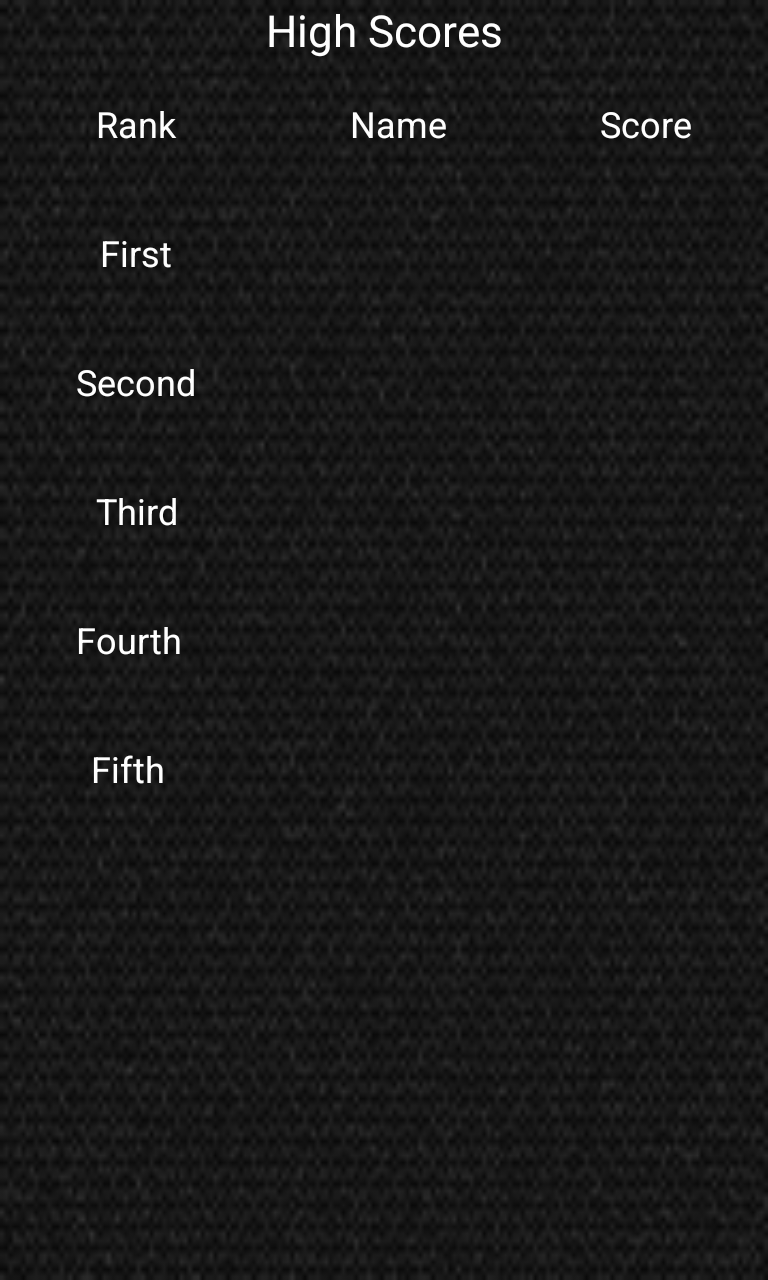
Repository: Tacohen/Killbots
Layout: Killbots/res/layout/high_scores.xml
These files come from the project's save history. The layout is drawn as it stood at one moment and after the next save; the edit follows.
It is drawn on a 768 x 1280 px phone screen (xhdpi) without system bars, with theme AppTheme; the app's code is not run.

Above is the layout before, as saved 2013-12-08 01:52:42.

### Killbots/res/layout/high_scores.xml
<?xml version="1.0" encoding="utf-8"?>
<LinearLayout xmlns:android="http://schemas.android.com/apk/res/android"
    android:layout_width="match_parent"
    android:layout_height="match_parent"
    android:orientation="vertical"
    android:background="@drawable/binding_dark">

    <TextView
        android:id="@+id/intoText"
        android:layout_width="match_parent"
        android:layout_height="wrap_content"
        android:gravity="center"
        android:text="High Scores"
        android:textAppearance="?android:attr/textAppearanceLarge"
        android:textColor="#FFFFFF" />

    <TableLayout
        android:layout_width="match_parent"
        android:layout_height="wrap_content" >

        <TableRow
            android:id="@+id/tableRow1"
            android:layout_width="wrap_content"
            android:gravity="center_horizontal"
            android:layout_height="wrap_content" >

        <TextView
            android:id="@+id/rankText"
            android:text="Rank"
            android:layout_weight="1"
            android:textAppearance="?android:attr/textAppearanceMedium"
            android:textColor="#FFFFFF"
            android:padding="20dip" android:gravity="center"/>

        <TextView
            android:id="@+id/nameText"
            android:text="Name"
            android:layout_weight="1"
            android:textAppearance="?android:attr/textAppearanceMedium"
            android:textColor="#FFFFFF"
            android:padding="20dip" android:gravity="center"/>


        <TextView
            android:id="@+id/scoreText"
            android:text="Score"
            android:layout_weight="1"
            android:textAppearance="?android:attr/textAppearanceMedium"
            android:textColor="#FFFFFF"
            android:padding="20dip" android:gravity="center"/>
        </TableRow>

        <TableRow
            android:id="@+id/tableRow2"
            android:layout_width="wrap_content"
            android:layout_height="wrap_content" >

            <TextView
            android:id="@+id/rankText1"
            android:text="First"
            android:layout_weight="1"
            android:textAppearance="?android:attr/textAppearanceMedium"
            android:textColor="#FFFFFF"
            android:padding="20dip" android:gravity="center"/>

        <TextView
            android:id="@+id/nameText1"
            android:text=""
            android:layout_weight="1"
            android:textAppearance="?android:attr/textAppearanceMedium"
            android:textColor="#FFFFFF"
            android:padding="20dip" android:gravity="center"/>


        <TextView
            android:id="@+id/scoreText1"
            android:text=""
            android:layout_weight="1"
            android:textAppearance="?android:attr/textAppearanceMedium"
            android:textColor="#FFFFFF"
            android:padding="20dip" android:gravity="center"/>

        </TableRow>

        <TableRow
            android:id="@+id/tableRow3"
            android:layout_width="wrap_content"
            android:layout_height="wrap_content" >

            <TextView
            android:id="@+id/rankText2"
            android:text="Second"
            android:layout_weight="1"
            android:textAppearance="?android:attr/textAppearanceMedium"
            android:textColor="#FFFFFF"
            android:padding="20dip" android:gravity="center"/>

        <TextView
            android:id="@+id/nameText2"
            android:text=""
            android:layout_weight="1"
            android:textAppearance="?android:attr/textAppearanceMedium"
            android:textColor="#FFFFFF"
            android:padding="20dip" android:gravity="center"/>


        <TextView
            android:id="@+id/scoreText2"
            android:text=""
            android:layout_weight="1"
            android:textAppearance="?android:attr/textAppearanceMedium"
            android:textColor="#FFFFFF"
            android:padding="20dip" android:gravity="center"/>
        </TableRow>

        <TableRow
            android:id="@+id/tableRow4"
            android:layout_width="wrap_content"
            android:layout_height="wrap_content" >
        <TextView
            android:id="@+id/rankText3"
            android:text="Third"
            android:layout_weight="1"
            android:textAppearance="?android:attr/textAppearanceMedium"
            android:textColor="#FFFFFF"
            android:padding="20dip" android:gravity="center"/>

        <TextView
            android:id="@+id/nameText3"
            android:text=""
            android:layout_weight="1"
            android:textAppearance="?android:attr/textAppearanceMedium"
            android:textColor="#FFFFFF"
            android:padding="20dip" android:gravity="center"/>


        <TextView
            android:id="@+id/scoreText3"
            android:text=""
            android:layout_weight="1"
            android:textAppearance="?android:attr/textAppearanceMedium"
            android:textColor="#FFFFFF"
            android:padding="20dip" android:gravity="center"/>
        </TableRow>
    </TableLayout>

    <TableRow
        android:id="@+id/tableRow5"
        android:layout_width="match_parent"
        android:layout_height="wrap_content" >

        <TextView
            android:id="@+id/rankText4"
            android:text="Fourth"
            android:layout_weight="1"
            android:textAppearance="?android:attr/textAppearanceMedium"
            android:textColor="#FFFFFF"
            android:padding="20dip" android:gravity="center"/>

        <TextView
            android:id="@+id/nameText4"
            android:text=""
            android:layout_weight="1"
            android:textAppearance="?android:attr/textAppearanceMedium"
            android:textColor="#FFFFFF"
            android:padding="20dip" android:gravity="center"/>


        <TextView
            android:id="@+id/scoreText4"
            android:text=""
            android:layout_weight="1"
            android:textAppearance="?android:attr/textAppearanceMedium"
            android:textColor="#FFFFFF"
            android:padding="20dip" android:gravity="center"/>
    </TableRow>

    <TableRow
        android:id="@+id/tableRow6"
        android:layout_width="match_parent"
        android:layout_height="wrap_content" >

        <TextView
            android:id="@+id/rankText5"
            android:text="Fifth"
            android:layout_weight="1"
            android:textAppearance="?android:attr/textAppearanceMedium"
            android:textColor="#FFFFFF"
            android:padding="20dip" android:gravity="center"/>

        <TextView
            android:id="@+id/nameText5"
            android:text=""
            android:layout_weight="1"
            android:textAppearance="?android:attr/textAppearanceMedium"
            android:textColor="#FFFFFF"
            android:padding="20dip" android:gravity="center"/>


        <TextView
            android:id="@+id/scoreText5"
            android:text=""
            android:layout_weight="1"
            android:textAppearance="?android:attr/textAppearanceMedium"
            android:textColor="#FFFFFF"
            android:padding="20dip" android:gravity="center"/>
    </TableRow>

</LinearLayout>

Loaded but not shown: Killbots/res/values/styles.xml (common file); Killbots/res/values-v11/styles.xml (common file); Killbots/res/values-v14/styles.xml (common file)

After the next save:
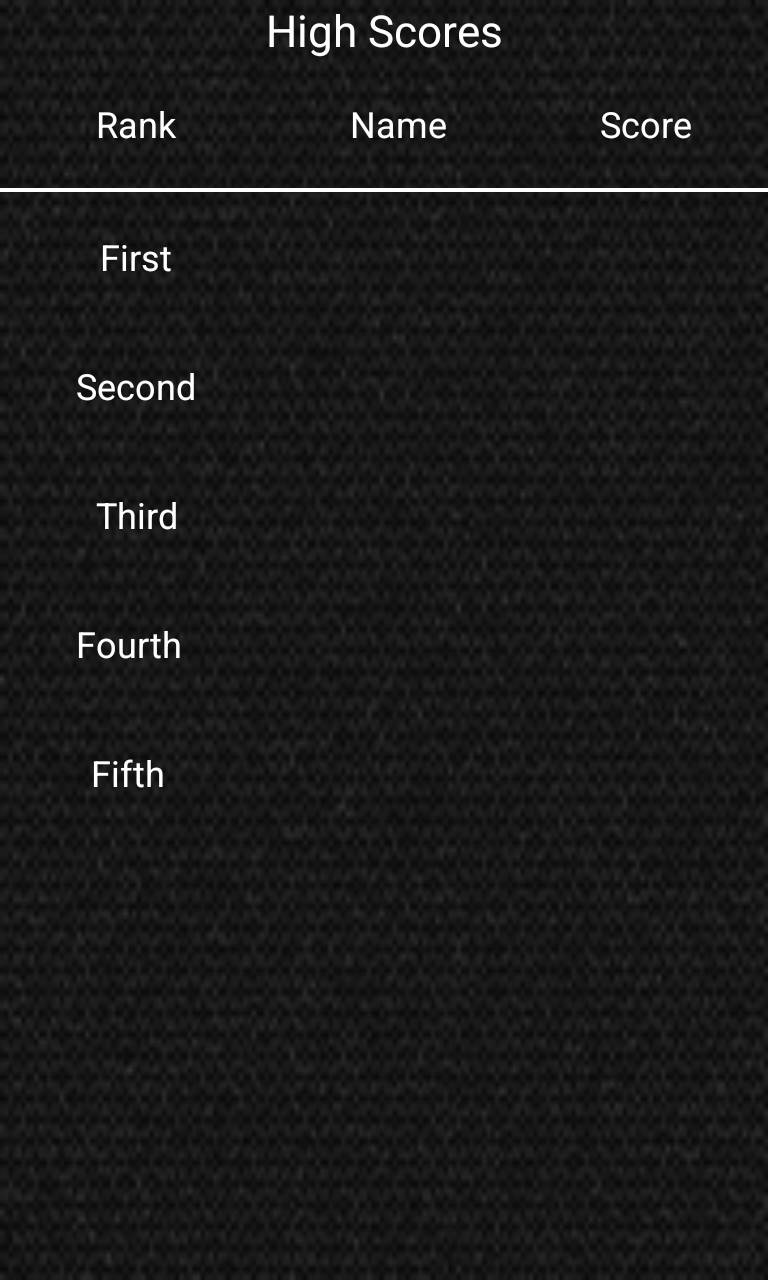
Saved 45 s later.
--- a/Killbots/res/layout/high_scores.xml
+++ b/Killbots/res/layout/high_scores.xml
@@ -50,6 +50,10 @@
             android:padding="20dip" android:gravity="center"/>
         </TableRow>
 
+        <View
+        android:layout_height="2dip"
+        android:background="#FFFFFF" />
+
         <TableRow
             android:id="@+id/tableRow2"
             android:layout_width="wrap_content"
